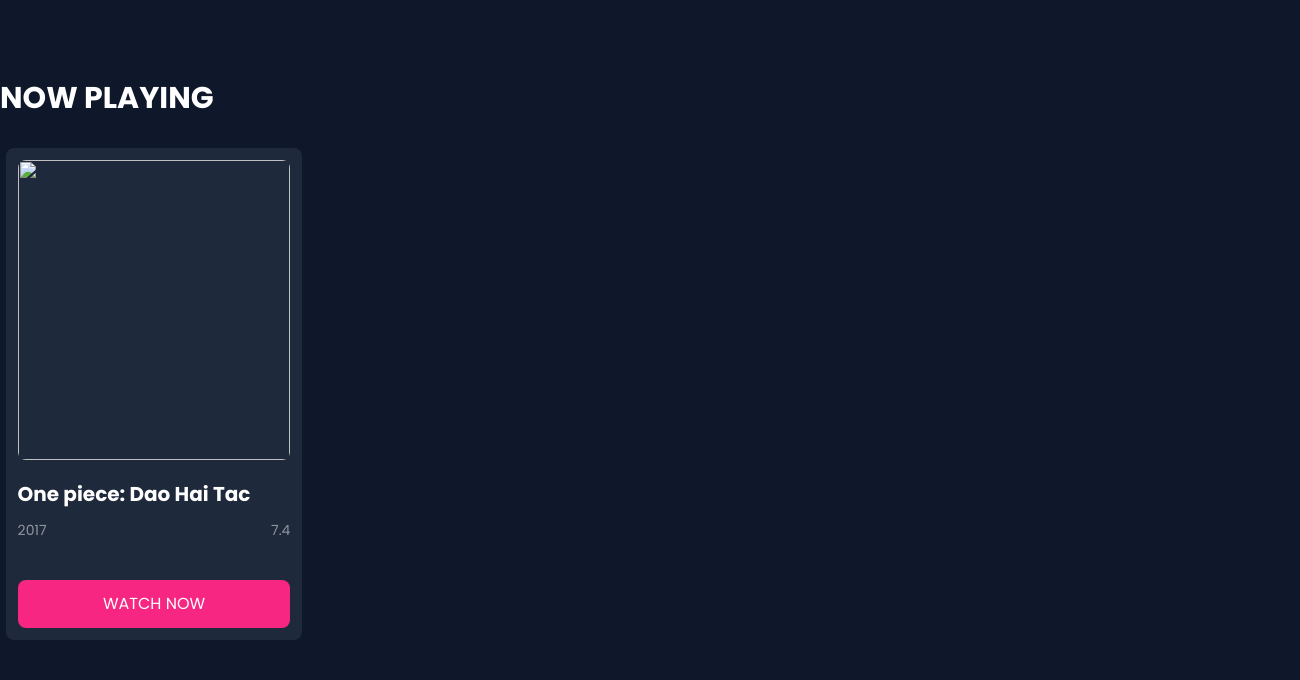
Repository: HoangLong0210/MovieWithTheMovieDb
Page: /movie
These files come from the project's save history. The page is drawn as it stood at one moment and after the next save; the edit follows.
The browser window is 1280 px wide. The page is 1300 px wide, so the pictures cover 1300 px, including what lies to the right of the window. The pictures show the part of the page from y = 624 to 1304 px (the page is 1304 px tall).
The project was rebuilt for these pictures with package versions that can differ from the ones it lists, and the page was loaded fresh each time.

Above is the page before, as saved 2023-04-27 14:38:42.

### public/index.html
<!DOCTYPE html>
<html lang="en">
  <head>
    <meta charset="utf-8" />
    <link rel="icon" href="%PUBLIC_URL%/favicon.ico" />
    <meta name="viewport" content="width=device-width, initial-scale=1" />
    <meta name="theme-color" content="#000000" />
    <meta
      name="description"
      content="Web site created using create-react-app"
    />
    <link rel="apple-touch-icon" href="%PUBLIC_URL%/logo192.png" />
    <!--
      manifest.json provides metadata used when your web app is installed on a
      user's mobile device or desktop. See https://developers.google.com/web/fundamentals/web-app-manifest/
    -->
    <link rel="manifest" href="%PUBLIC_URL%/manifest.json" />
    <link rel="preconnect" href="https://fonts.googleapis.com" />
    <link rel="preconnect" href="https://fonts.gstatic.com" crossorigin />
    <link
      href="https://fonts.googleapis.com/css2?family=Poppins:wght@400;500;700;800;900&display=swap"
      rel="stylesheet"
    />

    <!--
      Notice the use of %PUBLIC_URL% in the tags above.
      It will be replaced with the URL of the `public` folder during the build.
      Only files inside the `public` folder can be referenced from the HTML.

      Unlike "/favicon.ico" or "favicon.ico", "%PUBLIC_URL%/favicon.ico" will
      work correctly both with client-side routing and a non-root public URL.
      Learn how to configure a non-root public URL by running `npm run build`.
    -->
    <title>React App</title>
  </head>
  <body>
    <noscript>You need to enable JavaScript to run this app.</noscript>
    <div id="root"></div>
    <!--
      This HTML file is a template.
      If you open it directly in the browser, you will see an empty page.

      You can add webfonts, meta tags, or analytics to this file.
      The build step will place the bundled scripts into the <body> tag.

      To begin the development, run `npm start` or `yarn start`.
      To create a production bundle, use `npm run build` or `yarn build`.
    -->
  </body>
</html>

### src/index.scss
@tailwind base;
@tailwind components;
@tailwind utilities;

@layer base {
  body {
    @apply bg-slate-900 font-body;
  }
}

@layer components {
  .page-container {
    max-width: 1280px;
    @apply mx-auto;
  }
  .page-container-fluid {
    max-width: 1440px;
    @apply mx-auto;
  }
  // .movie-list .swiper-slide {
  //   width: 300px;
  // }
}

### src/App.js
import { Fragment } from "react";
import { NavLink } from "react-router-dom";
import MovieCard from "./components/movie/MovieCard";
import { Swiper, SwiperSlide } from "swiper/react";
import "swiper/scss";

function App() {
  return (
    <Fragment>
      <header className="header flex items-center justify-center gap-x-5 py-10 text-white mb-5">
        <NavLink className="text-primary">Home</NavLink>
        <NavLink>Movie</NavLink>
      </header>
      <section className="banner h-[500px] page-container mb-20">
        <div className="w-full h-full rounded-lg relative">
          <div className="overlay absolute inset-0 bg-gradient-to-t from-[rgba(0,0,0,0.5)] to-[rgba(0,0,0,0.5)] rounded-lg"></div>
          <img
            src="https://pic0.iqiyipic.com/image/20211206/f2/2e/a_100421840_m_601_en_m1_1013_638.jpg"
            alt=""
            className="w-full h-full object-cover rounded-lg"
          />
          <div className="absolute left-5 bottom-5 w-full text-white">
            <h2 className="font-bold text-3xl mb-5">One Piece - VUA HAI TAC</h2>
            <div className="flex items-center gap-x-3 mb-8">
              <span className="py-2 px-4 border border-white rounded-md">
                Phieu luu
              </span>
              <span className="py-2 px-4 border border-white rounded-md">
                Phieu luu
              </span>
              <span className="py-2 px-4 border border-white rounded-md">
                Phieu luu
              </span>
            </div>
            <button className="py-3 px-6 rounded-lg text-white font-medium bg-primary">
              Watch Now
            </button>
          </div>
        </div>
      </section>
      <section className="movie-layout page-container-fluid pb-10 text-white">
        <h2 className="capitalize text-white mb-8 text-3xl font-bold">
          NOW PLAYING
        </h2>
        <div className="movie-list grid grid-cols-4 gap-4">
          <Swiper grabCursor={true} spaceBetween={40} slidesPerView={"auto"}>
            <SwiperSlide>
              <MovieCard></MovieCard>
            </SwiperSlide>
          </Swiper>
        </div>
      </section>
    </Fragment>
  );
}

export default App;

### src/components/movie/MovieCard.js
import React from "react";

const MovieCard = () => {
  return (
    <div className="movie-card rounded-lg p-3 bg-slate-800">
      <img
        src=""
        alt=""
        className="w-full h-[300px] object-cover rounded-lg mb-5"
      />
      <h3 className="text-white text-xl font-bold mb-3">
        One piece: Dao Hai Tac
      </h3>
      <div className="flex items-center justify-between text-sm opacity-50 mb-10">
        <span>2017</span>
        <span>7.4</span>
      </div>
      <button className="py-3 px-6 rounded-lg capitalize bg-primary w-full">
        WATCH NOW
      </button>
    </div>
  );
};

export default MovieCard;

### tailwind.config.js
/** @type {import('tailwindcss').Config} */
module.exports = {
  content: ["./src/**/*.{js,jsx,ts,tsx}"],
  theme: {
    extend: {
      fontFamily: {
        body: ["Poppins", "sans-serif"],
      },
      colors: {
        primary: "#F62682",
      },
    },
  },
  plugins: [],
};

Loaded but not shown: src/index.js (common file); src/reportWebVitals.js (common file)

After the next save:
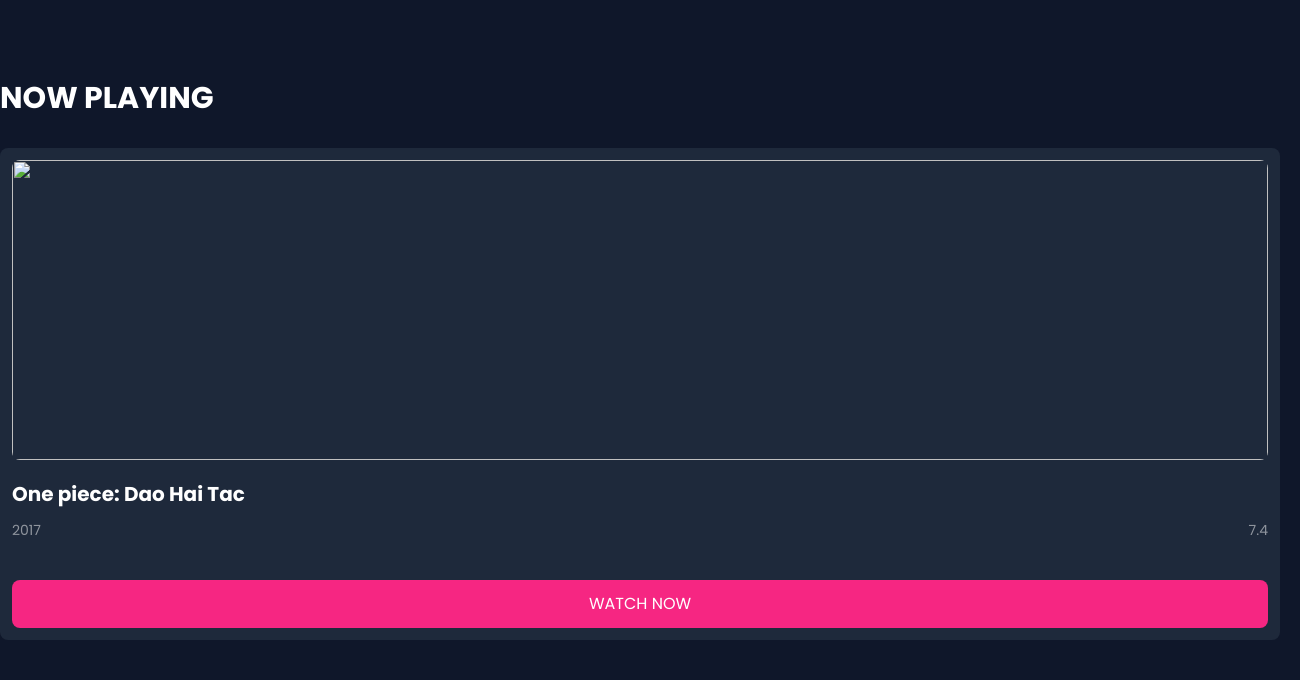
Saved 32 s later.
--- a/src/App.js
+++ b/src/App.js
@@ -42,7 +42,7 @@
         <h2 className="capitalize text-white mb-8 text-3xl font-bold">
           NOW PLAYING
         </h2>
-        <div className="movie-list grid grid-cols-4 gap-4">
+        <div className="movie-list">
           <Swiper grabCursor={true} spaceBetween={40} slidesPerView={"auto"}>
             <SwiperSlide>
               <MovieCard></MovieCard>
